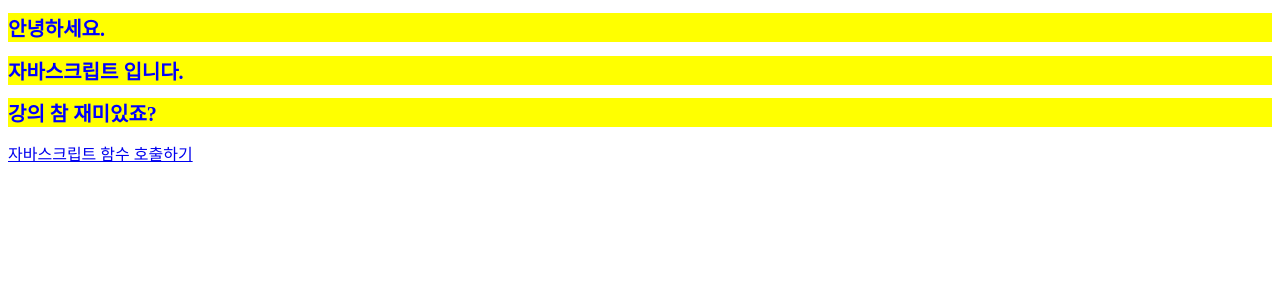
Repository: codelily98/Web
Page: JavaScript/src/main/webapp/javascript/exam19-1.html
The author's editor kept a copy of each file at every save. The page is drawn from the files as they stood at one save, then again after the next save.
The browser window is 1280 px wide. The pictures show the whole page.

Above is the page before, as saved 2024-08-20 06:25:18.

After the next save:
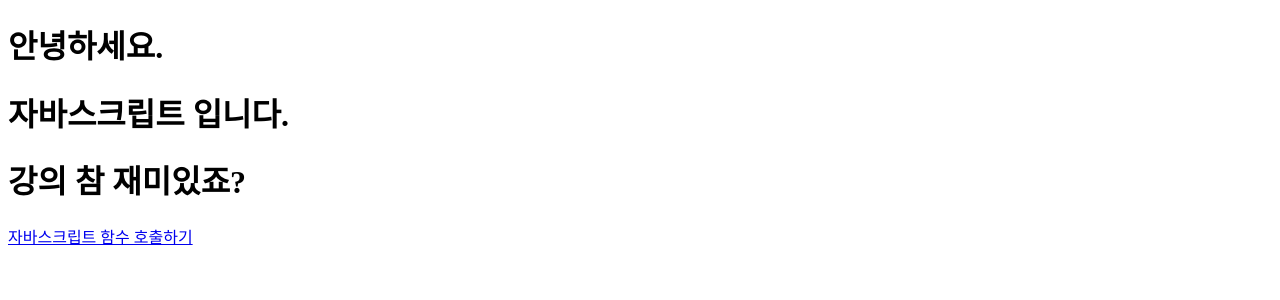
Saved 105 s later.
--- a/JavaScript/src/main/webapp/javascript/exam19-1.html
+++ b/JavaScript/src/main/webapp/javascript/exam19-1.html
@@ -13,9 +13,9 @@
 </style>
 </head>
 <body>
-	<h1 id="myid">안녕하세요.</h1>
-	<h1 id="myid">자바스크립트 입니다.</h1>
-	<h1 id="myid">강의 참 재미있죠?</h1>
+	<h1 class="myid">안녕하세요.</h1>
+	<h1 class="myid">자바스크립트 입니다.</h1>
+	<h1 class="myid">강의 참 재미있죠?</h1>
 	<a href="#" onclick="doPrint()">자바스크립트 함수 호출하기</a>
 <script type="text/javascript">
 

After the 2 saves that followed:
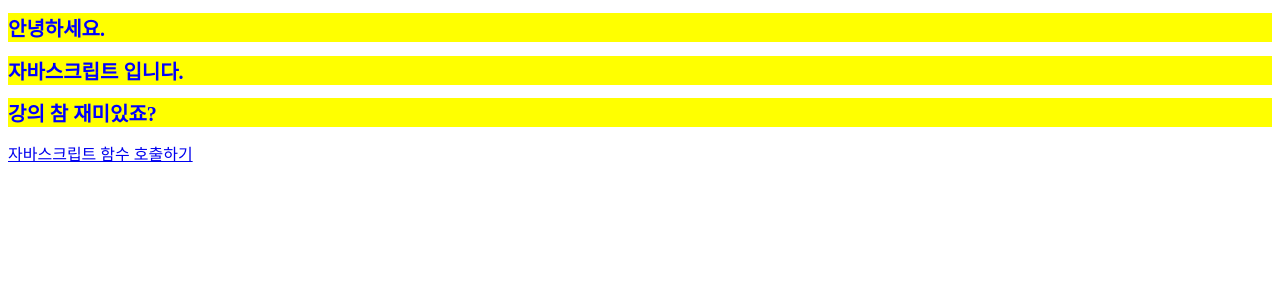
Console error: SyntaxError: Unexpected end of input
The 2 saves are shown as one change because 1 left the picture as it was.
The last was saved 33 s later.
--- a/JavaScript/src/main/webapp/javascript/exam19-1.html
+++ b/JavaScript/src/main/webapp/javascript/exam19-1.html
@@ -4,7 +4,7 @@
 <meta charset="UTF-8">
 <title>Insert title here</title>
 <style type="text/css">
-#myid {
+.myid {
 	background: #ff0;
 	font-size: 20px;
 	font-weight: blod;
@@ -18,7 +18,7 @@
 	<h1 class="myid">강의 참 재미있죠?</h1>
 	<a href="#" onclick="doPrint()">자바스크립트 함수 호출하기</a>
 <script type="text/javascript">
-
+function
 </script>
 </body>
 </html>
